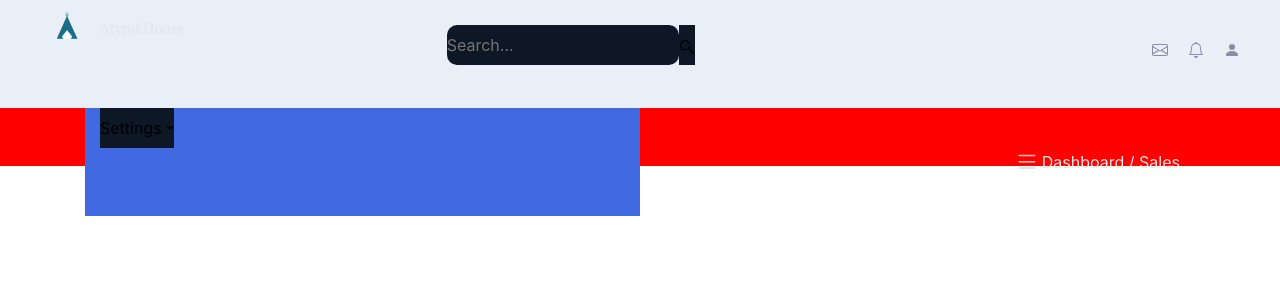
Repository: kifack/API-Symfony-AtypikHouse
Page: / (app in admin-frontend/)
The author's editor kept a copy of each file at every save. The page is drawn from the files as they stood at one save, then again after the next save.
The browser window is 1280 px wide. The pictures show the whole page.
Some web libraries are served in a nearby version. The project was rebuilt for these pictures with package versions that can differ from the ones it lists, and the page was loaded fresh each time. Also part of the build but not shown: admin-frontend/src/css/Responsive.css, admin-frontend/src/css/admin/navbar.css, admin-frontend/src/components/template_parts/Header.js, admin-frontend/src/components/template_parts/Footer.js, admin-frontend/src/components/template_parts/Sidebar.js, admin-frontend/src/components/partials/LocationEntry.js, admin-frontend/src/components/template_parts/Spinner.js, admin-frontend/src/actions/location.js and 26 more.

Above is the page before, as saved 2020-10-01 19:20:10.

After the next save:
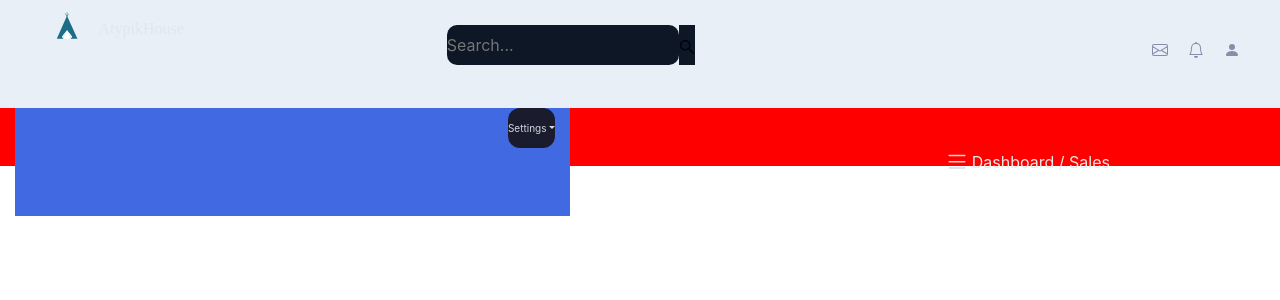
Saved 15 s later.
--- a/admin-frontend/src/css/App.css
+++ b/admin-frontend/src/css/App.css
@@ -184,6 +184,11 @@ header .sous-header .row{
   padding: 0;
 
 }
+header .sous-header .container{
+
+  margin: 0;
+
+}
 
 
 
@@ -202,16 +207,16 @@ button{
   height: 40px;
 }
 
-/*
+
 button#setting {
   background-color: #1a1c2d;
   color: #d2d8df;
   font-size: 10px;
   float: right;
-  width: 80%;
+
   border-radius: 12px;
 
-  }*/
+  }
 
   .titlelist{
     color: #e9e9ea;
